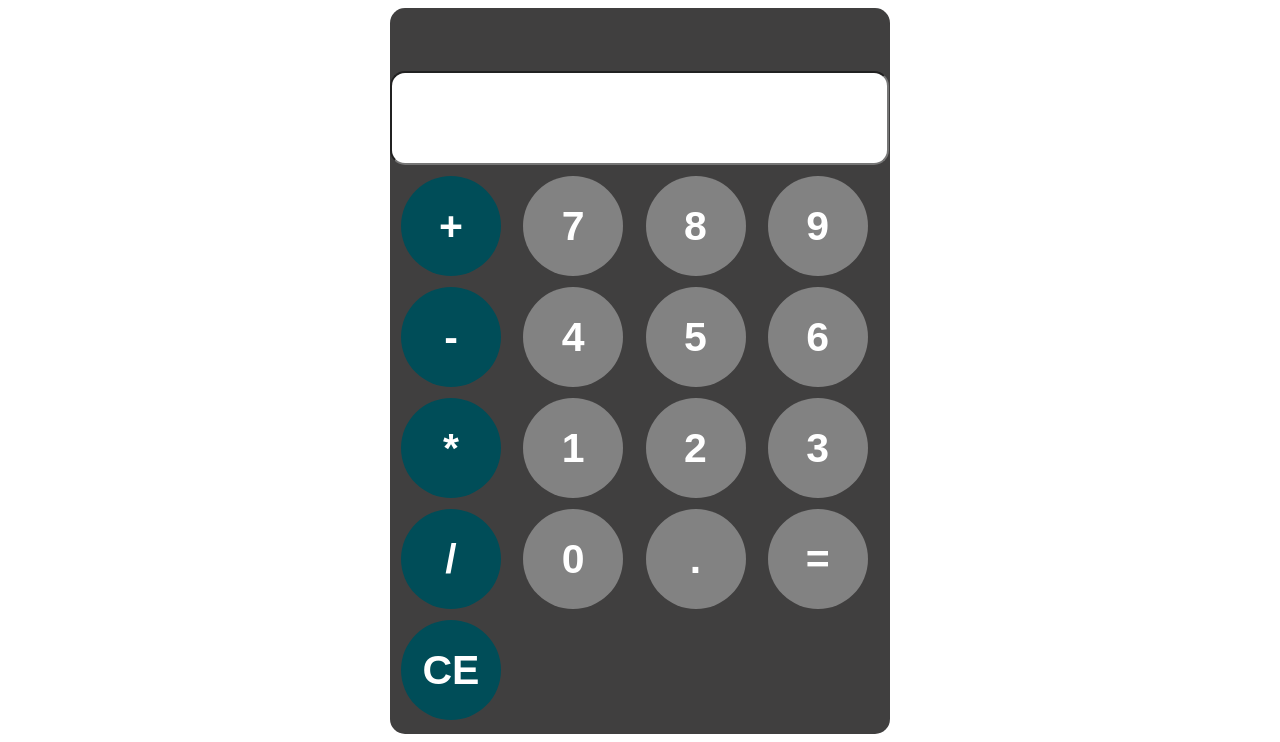
Repository: rkrukshan/JS-Calculator
Page: index.html
The author's editor kept a copy of each file at every save. The page is drawn from the files as they stood at one save, then again after the next save.
The browser window is 1280 px wide. The pictures show the whole page.

Above is the page before, as saved 2024-09-02 14:14:13.

After the next save:
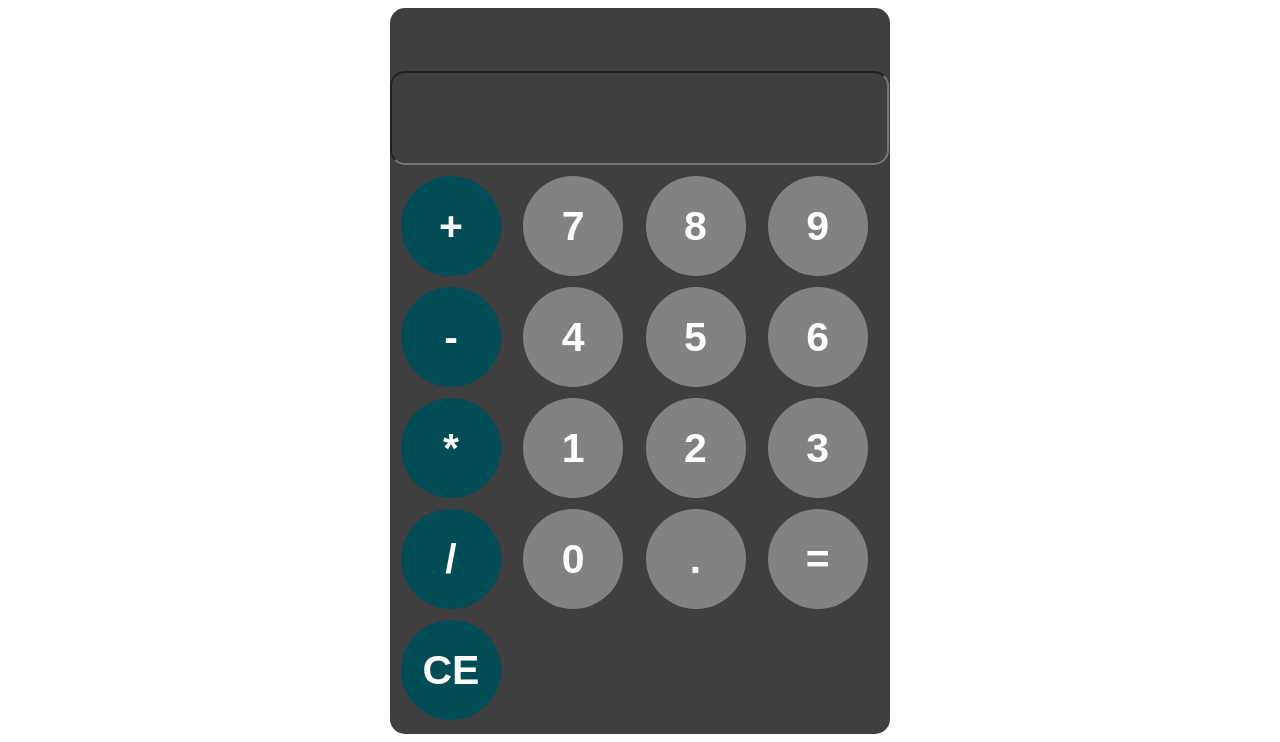
Saved 4 s later.
--- a/style.css
+++ b/style.css
@@ -17,7 +17,7 @@
   color: white;
   border-radius: 15px;
   padding: 0 5px;
-  background-color: #fff;
+  background-color: transparent;
 }
 #buttons {
   display: grid;
